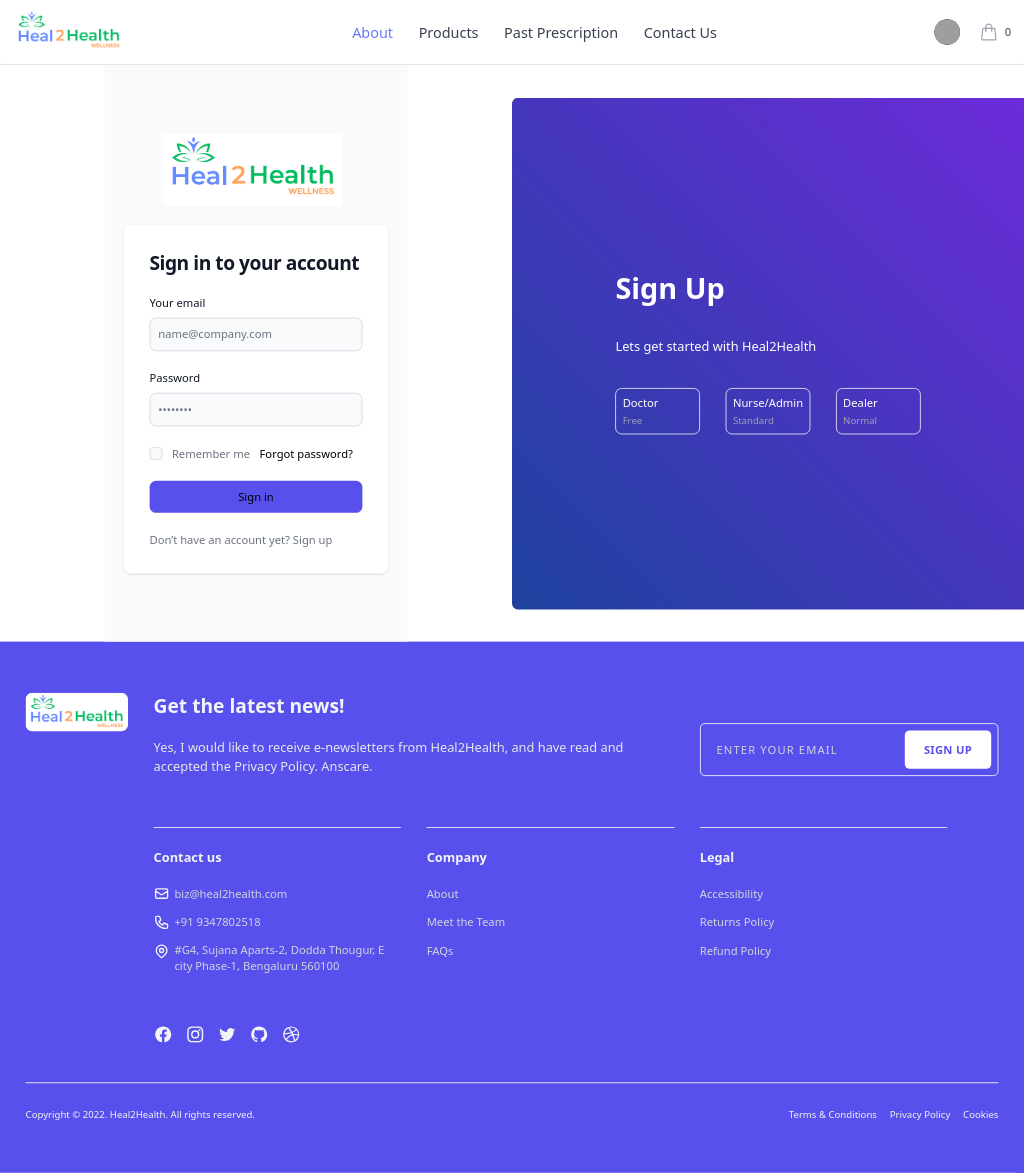
Repository: Akash123-coder/H2H
Page: /login (app in Frontend/)
An editor plug-in stored every save of this project. The page is shown before and after the next save, followed by the edit.
The browser window is 1280 px wide. The pictures show the whole page, at 80% of full size.
Pictures or frames that could not be fetched are drawn as grey boxes. The project was rebuilt for these pictures with package versions that can differ from the ones it lists, and the page was loaded fresh each time. Also part of the build but not shown: Frontend/vite.config.ts, Frontend/src/pages/About.tsx, Frontend/src/components/Cta.jsx, Frontend/src/pages/Home.jsx, Frontend/src/components/Product.tsx, Frontend/src/pages/Prescription.jsx, Frontend/src/pages/SignUp.jsx, Frontend/src/pages/CompanyNameSelect.jsx and 3 more.

Above is the page before, as saved 2022-10-04 12:56:38.

After the next save:
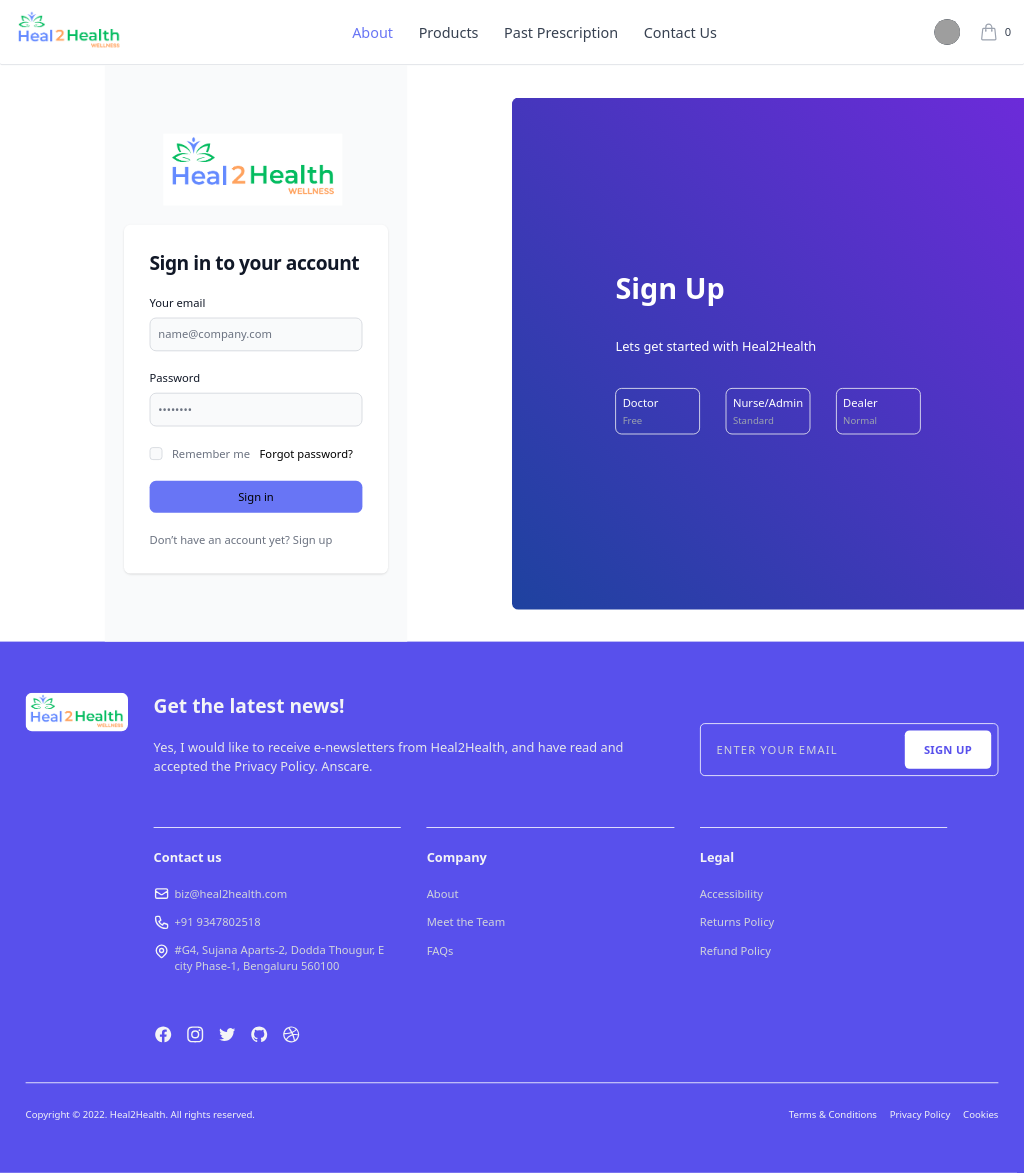
Saved 8 s later.
--- a/Frontend/src/pages/Login.jsx
+++ b/Frontend/src/pages/Login.jsx
@@ -84,7 +84,7 @@ function Login() {
                     </div>
                     <button
                       type="submit"
-                      class="w-full text-black bg-indigo-600 hover:bg-primary-700 focus:ring-4 focus:outline-none focus:ring-primary-300 font-medium rounded-lg text-sm px-5 py-2.5 text-center dark:bg-primary-600 dark:hover:bg-primary-700 dark:focus:ring-primary-800"
+                      class="w-full text-black bg-indigo-500 hover:bg-primary-700 focus:ring-4 focus:outline-none focus:ring-primary-300 font-medium rounded-lg text-sm px-5 py-2.5 text-center dark:bg-primary-600 dark:hover:bg-primary-700 dark:focus:ring-primary-800"
                     >
                       Sign in
                     </button>
